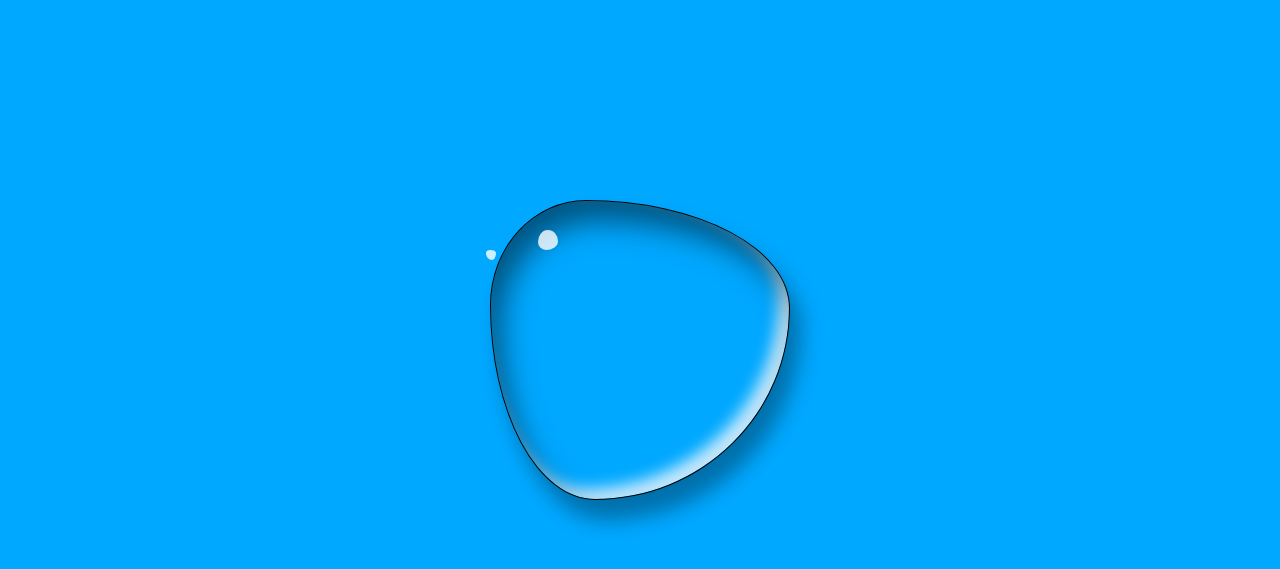
Repository: BlackCat328/CSS_Animation
Page: 52.水滴特效/demo.html
An editor plug-in stored every save of this project. The page is shown before and after a run of saves, followed by the edit.
The browser window is 1280 px wide. The pictures show the whole page.

Above is the page before, as saved 2022-11-01 00:03:49.

After the next 4 saves:
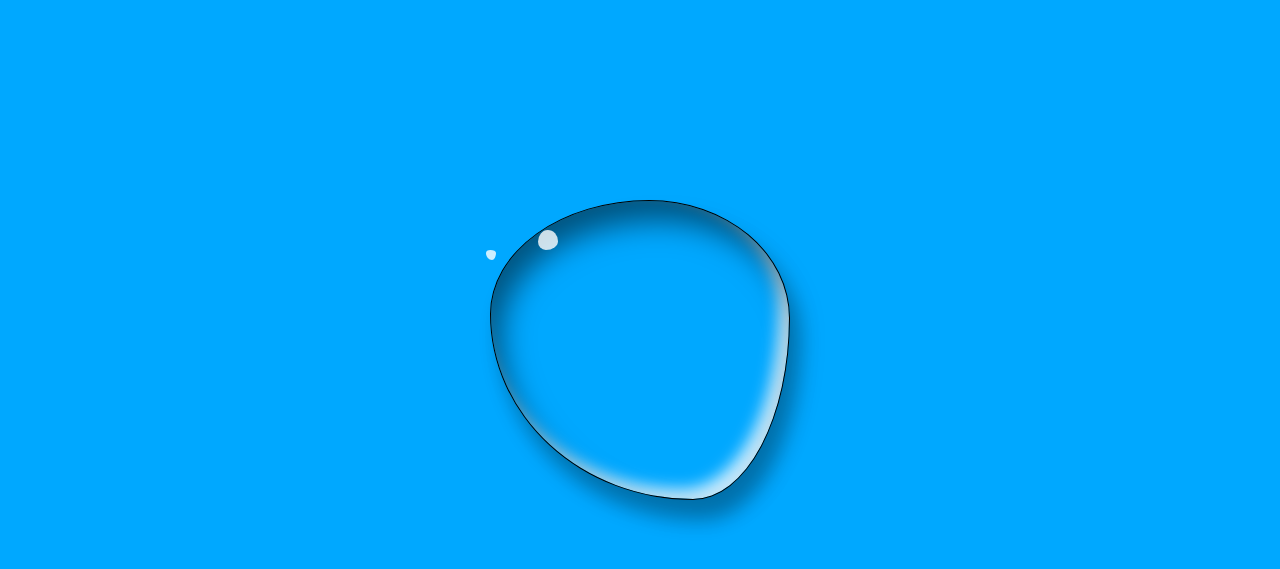
The 4 saves are shown as one change because they came seconds apart.
The last was saved 15 s later.
--- a/52.水滴特效/demo.css
+++ b/52.水滴特效/demo.css
@@ -22,7 +22,7 @@
         10px 20px 20px rgba(0, 0, 0, 0.3),
         15px 15px 30px rgba(0, 0, 0, 0.05),
         inset -10px -10px 15px rgba(255, 255, 255, 0.8);
-    /* animation: action 3s linear infinite alternate; */
+    animation: action 3s linear infinite alternate;
 }
 
 #water::after {
@@ -53,10 +53,10 @@
     }
 
     50% {
-        border-radius: 61% 39% 19% 81% / 56% 70% 30% 44% ;
+        border-radius: 61% 39% 19% 81% / 56% 70% 30% 44%;
     }
 
     100% {
-        border-radius: 38% 62% 30% 70% / 29% 47% 53% 71%;
+        border-radius: 37% 63% 63% 37% / 39% 46% 54% 61%;
     }
 }
